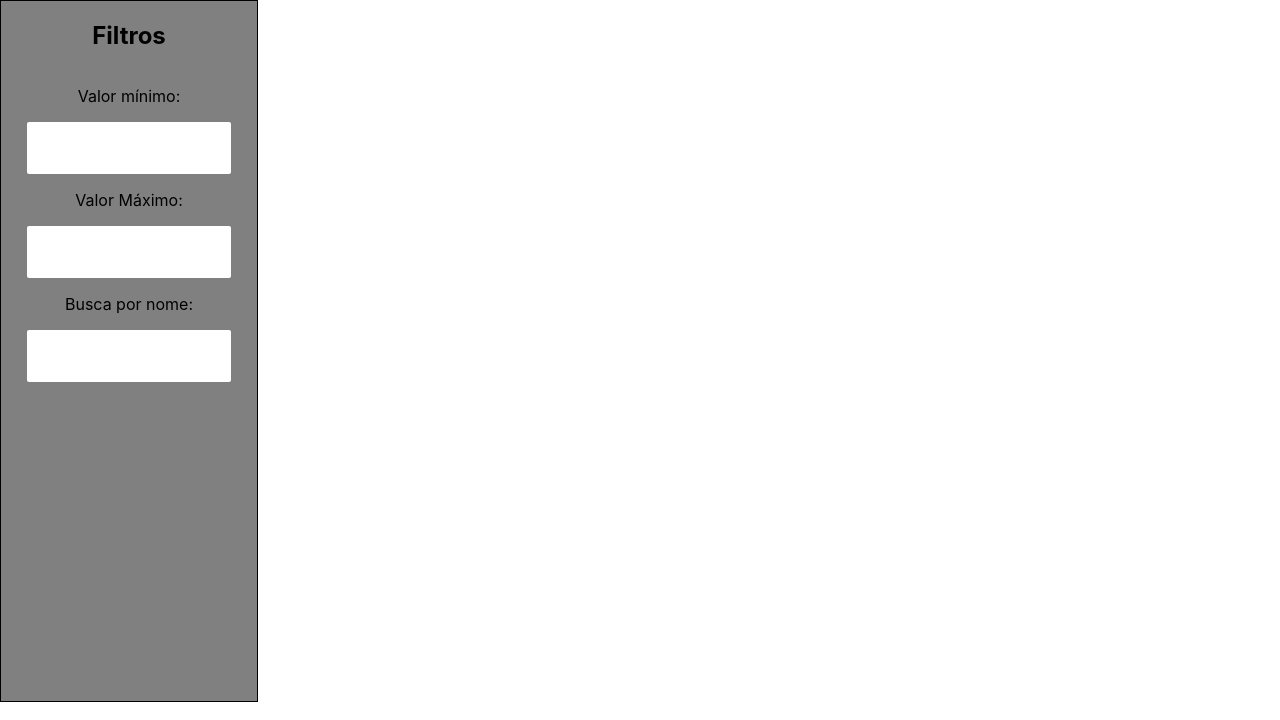
Repository: future4code/Shaw-labe-commerce9
Page: /
An editor plug-in stored every save of this project. The page is shown before and after the next save, followed by the edit.
The browser window is 1280 px wide. The pictures show the whole page.
The project was rebuilt for these pictures with package versions that can differ from the ones it lists, and the page was loaded fresh each time. Also part of the build but not shown: src/App.css.

Above is the page before, as saved 2022-03-30 16:41:13.

After the next save:
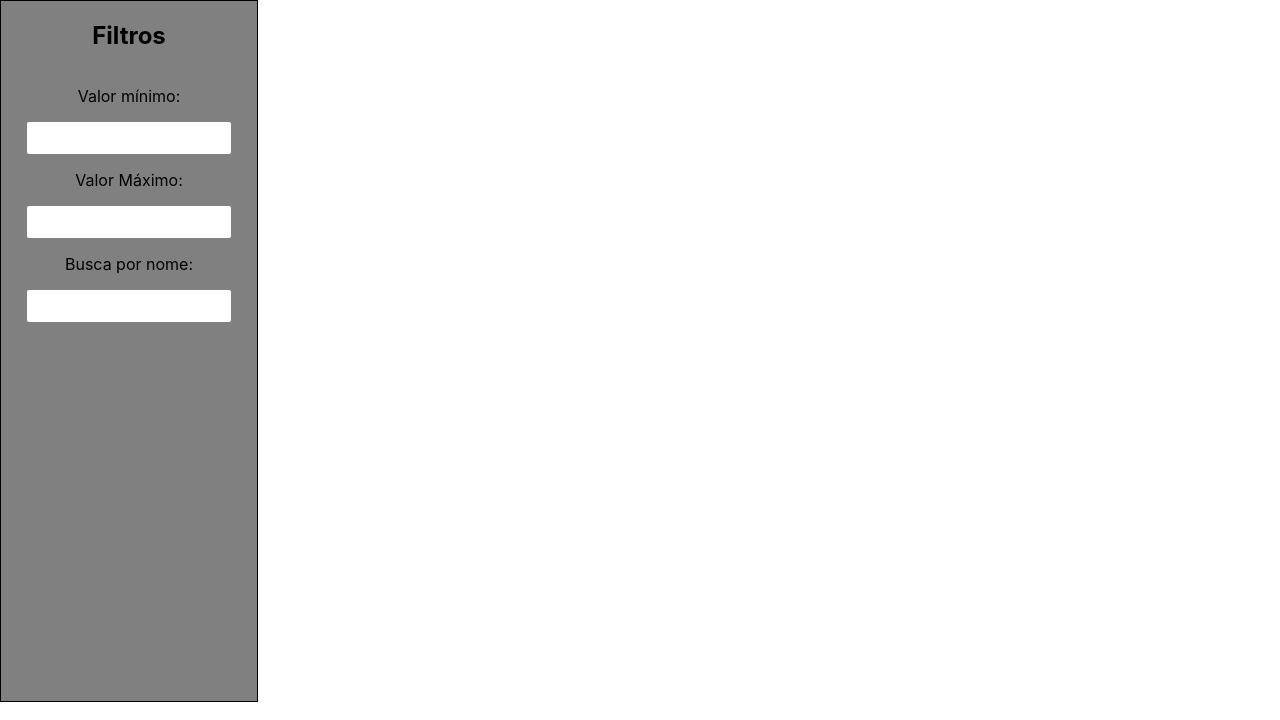
Saved 5 s later.
--- a/src/components/filtro.jsx
+++ b/src/components/filtro.jsx
@@ -14,7 +14,7 @@ align-items: center;
 
 input{
     width: 200px;
-    height: 50px;
+    height: 30px;
     border-radius: 2px;
     border: 0.3px;
 }
